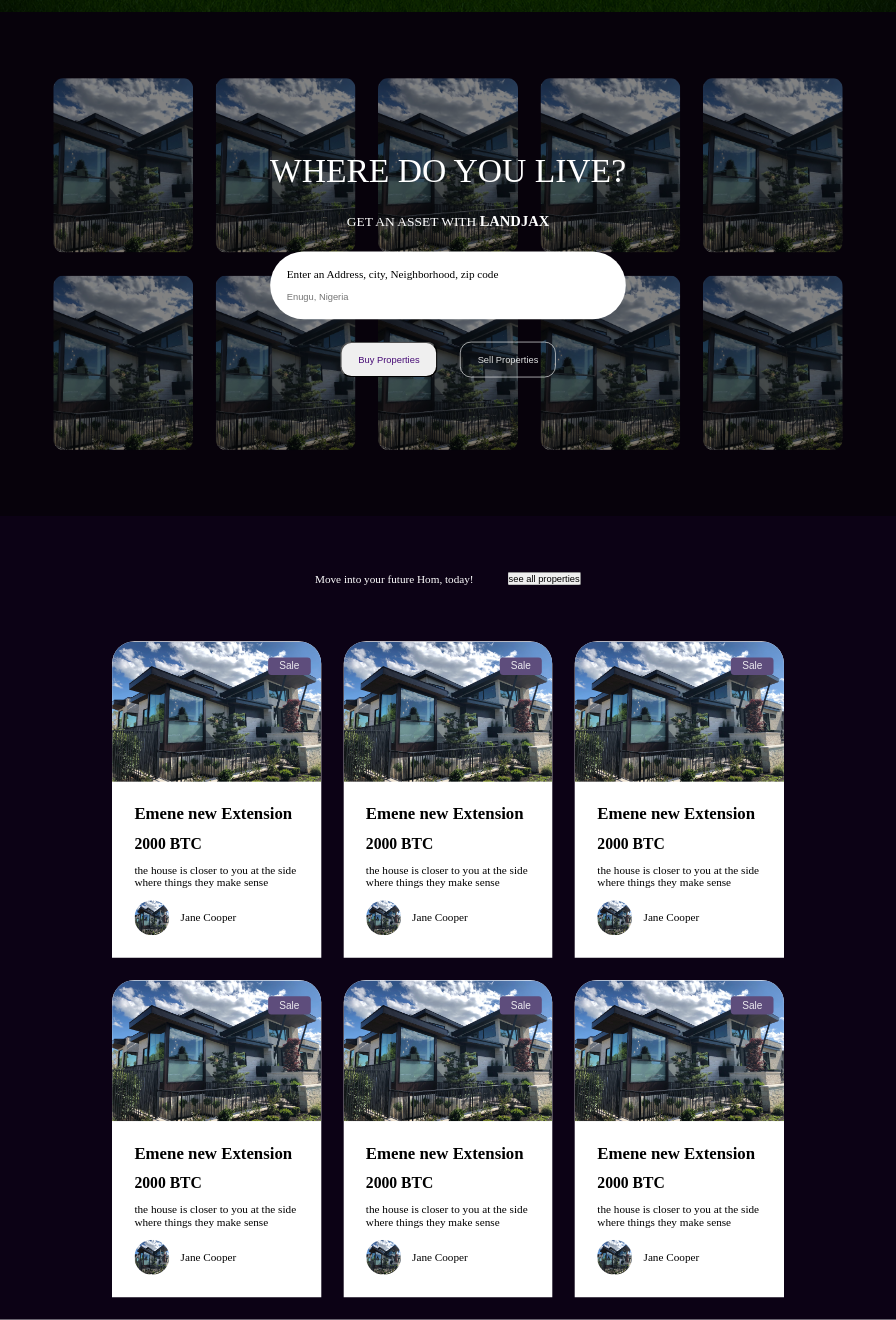
Repository: NorVirae/landjax-frontend
Page: /
An editor plug-in stored every save of this project. The page is shown before and after a run of saves, followed by the edit.
The browser window is 1280 px wide. The pictures show the part of the page from y = 703 to 2623 px (the page is 2588 px tall before and 2623 px after), at 70% of full size.
The project was rebuilt for these pictures with package versions that can differ from the ones it lists, and the page was loaded fresh each time. The framework's server and built-in components were replaced by stand-ins that run in the browser. Also part of the build but not shown: next.config.js.

Above is the page before, as saved 2022-07-03 07:08:39.

After the next 2 saves:
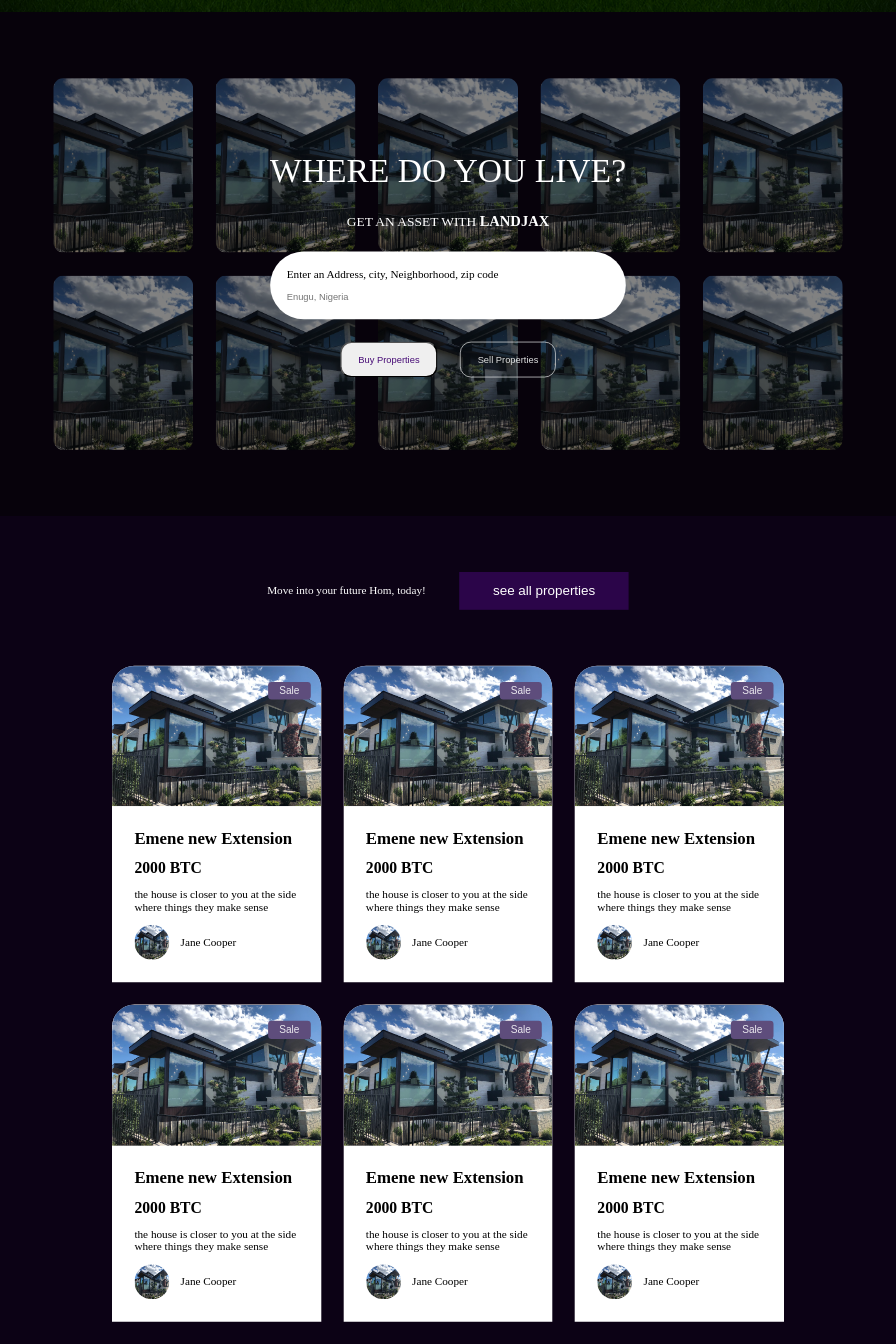
The 2 saves are shown as one change because they came seconds apart.
The last was saved 8 s later.
--- a/pages/index.tsx
+++ b/pages/index.tsx
@@ -96,7 +96,7 @@
         <section className='future__container'>
           <div className='future__header'>
             <p>Move into your future Hom, today!</p>
-            <button className='fu'>
+            <button className='future__btn-prop'>
               see all properties
             </button>
           </div>
